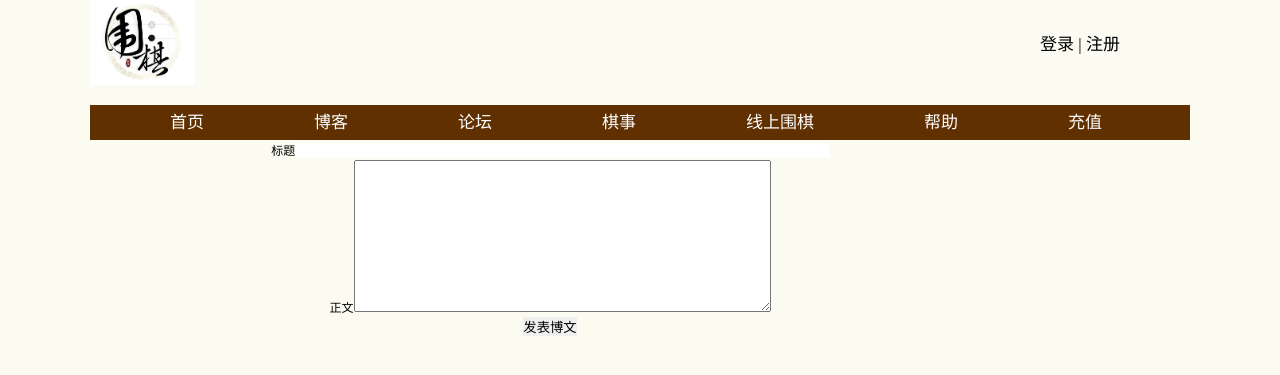
Repository: yxh0/Go
Page: http://localhost/keshe/keshe/blog_post.jsp
An editor plug-in stored every save of this project. The page is shown before and after the next save, followed by the edit.
The browser window is 1280 px wide. The pictures show the whole page.
The page is served by Tomcat 9. Other server files are loaded and not shown.

Above is the page before, as saved 2020-06-11 11:01:34.

### SoftwareProjectGo/keshe/WebContent/keshe/blog_post.jsp
<%@ page language="java" contentType="text/html; charset=UTF-8"
    pageEncoding="UTF-8"%>
<%@ page import="java.sql.*" %>
<!DOCTYPE html>
<html>
<head>
<meta charset="UTF-8">
<title>博客页面</title>
<link rel="stylesheet" href="css/init.css">
<link rel="stylesheet" href="css/public.css">
<link rel="stylesheet" href="css/blog_post.css">
</head>
<body>
	<div class="header w">
		<div class="logo">
			<img src="images/logo.jpg" alt="" />
		</div>
		<div class="login">
			<ul>
				<li>
					<a href="login.jsp">登录</a> |
					<a href="register.jsp">注册</a>
				</li>
			</ul>
		</div>
	</div>
	<!-- 导航栏 -->
	<div class="nav w">
		<div class="container">
			<ul class="left">
		    	<li><a href="index.jsp" >首页</a></li>
		    	<li><a href="blog.jsp" >博客</a></li>
		    	<li><a href="luntan.jsp" >论坛</a></li>
		    	<li><a href="qishi.jsp" >棋事</a></li>
		    	<li><a href="xianshangweiqi.jsp" >线上围棋</a></li>
		    	<li><a href="bangzhu.jsp" >帮助</a></li>
		    	<li><a href="chongzhi.jsp" >充值</a></li>
			</ul>
  		</div>
	</div>
	<div class="blogg">
		<div class="border w"></div>
		<form action="addblog.jsp" name="register" method="post">
			<center>标题<input type="textArea" name="blog_title" style="width:40em" class="code"><br></center>
			<center>正文<textarea name="blog_text" cols="50" rows="10"></textarea><br>
			<input type="submit" value="发表博文" class="now-register"></center>
         </form>
	</div>
</body>
</html>

### SoftwareProjectGo/keshe/WebContent/keshe/css/init.css
@charset "UTF-8";
/* 基础的初始化 */
* {
    margin: 0;
    padding: 0;
    box-sizing: border-box;
}
/* em 和 i 斜体的文字不倾斜 */
em,
i {
    font-style: normal
}

li {
    list-style: none
}

img {
    border: 0;
    vertical-align: middle
}

button {
    cursor: pointer
}

a {
    text-decoration: none
}

button,
input {
    font-family: Microsoft YaHei, Heiti SC, tahoma, arial, Hiragino Sans GB, "\5B8B\4F53", sans-serif;
    /* 默认有灰色边框我们需要手动去掉 */
    border: 0;
    outline: none;
}

body {
    -webkit-font-smoothing: antialiased;
    background-color: #fff;
    font: 12px/1.5 Microsoft YaHei, Heiti SC, tahoma, arial, Hiragino Sans GB, "\5B8B\4F53", sans-serif;
    color: black;
}

.hide,
.none {
    display: none
}
/* 清除浮动 */
.clearfix:after {
    visibility: hidden;
    clear: both;
    display: block;
    content: ".";
    height: 0
}

.clearfix {
    *zoom: 1
}

### SoftwareProjectGo/keshe/WebContent/keshe/css/public.css
@charset "UTF-8";
/* 版心 */
body {
	background-color: #fcfbf1;
}
.w {
    width: 1100px;
    margin: 0 auto;
}
.nav {
    height: 35px;
    background-color: #603000;
    line-height: 35px;
}
.nav ul li{
	float: left;
}
.nav li a{
	color: white;
	font-size: 17px;
	border-right: 20px;
	padding: 20px 30px;
	margin-left: 50px;
}
.nav li a:hover{
	color: yellow;
}
.header {
    position: relative;
    height: 105px;
}
.logo {
	position: absolute;
	width: 105px;
	height: 85px;
}
.logo img {
	width: 100%;
	height: 100%;
}
.login {
	margin-left: 950px;
	margin-top: 30px;
	position: absolute;
	font: 17px Microsoft YaHei;
	text-align: center;
}
.login li a{
	color: black;
}
.login li a:hover {
	color: #ebc21f;
}
.footer p {
    width: 250px;
    font-size: 20px;
    color: #7B7B7B;
    margin: 60px auto;
}

### SoftwareProjectGo/keshe/WebContent/keshe/css/blog_post.css
@charset "UTF-8";
.big {
	margin-top: 20px;
}
.self {
	float: left;
	margin-right: 30px;
}
.big .self h4,
.big .blogg h4 {
	width: 250px;
	border-bottom: solid 1px #603000;
	margin-bottom: 15px;
	font-size: 15px;
	weight: 500;
	color: #8f6a40;
}
.big .self button {
	width: 120px;
    height: 30px;
    margin: 10px 65px;
    border: 1px solid #E2E2E2;
    text-align: center;
    line-height: 30px;
    font-size: 15px;
    color: #000;
    background: #ededf1;
}
.big .self .info {
	margin-top: 15px;
	margin-left: 75px;
}
.big .self .info p{
	font-size: 14px;
	weight: 500;
	color: #909090;
}
.blogg {
	float: left;
}
.big .blogg h4,
.big .blogg .cont {
	width: 820px;
}
.big .blogg .cont h2 {
	margin: 5px;
}
.big .blogg .cont a {
	color: #000;
}
.big .blogg .cont a:hover {
	color: #ebc21f;
}
.big .blogg .cont p {
	margin-bottom: 35px;
	color: #8a8a8a;
}
.big .blogg .cont .people {
	font-size: 13px;
}

After the next save:
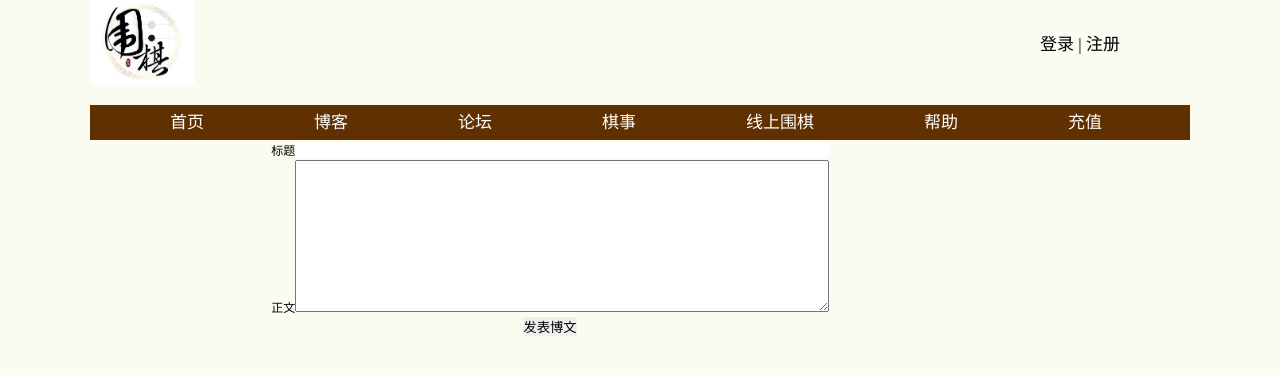
Saved 39 s later.
--- a/SoftwareProjectGo/keshe/WebContent/keshe/blog_post.jsp
+++ b/SoftwareProjectGo/keshe/WebContent/keshe/blog_post.jsp
@@ -42,7 +42,7 @@
 		<div class="border w"></div>
 		<form action="addblog.jsp" name="register" method="post">
 			<center>标题<input type="textArea" name="blog_title" style="width:40em" class="code"><br></center>
-			<center>正文<textarea name="blog_text" cols="50" rows="10"></textarea><br>
+			<center>正文<textarea name="blog_text" style="width:40em" rows="10"></textarea><br>
 			<input type="submit" value="发表博文" class="now-register"></center>
          </form>
 	</div>
